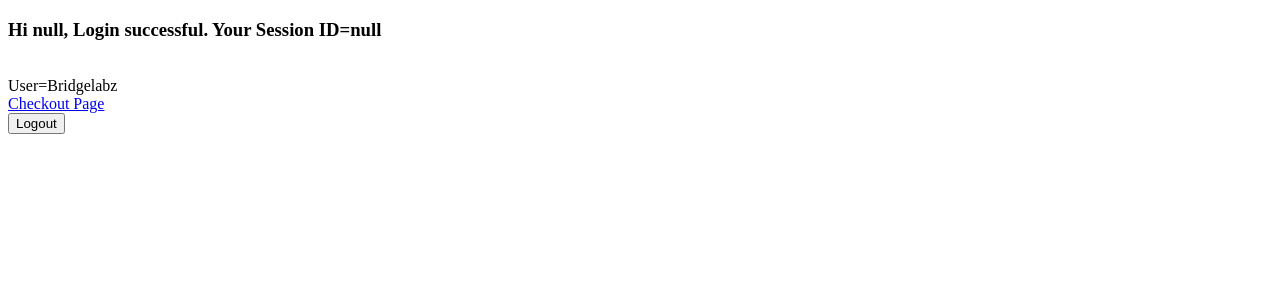
Repository: Ashwini-Tikotekar/servlets
Page: http://localhost/LoginRegistrationApp/LoginSuccess.jsp
The author's editor kept a copy of each file at every save. The page is drawn from the files as they stood at one save, then again after the next save.
The browser window is 1280 px wide. The pictures show the whole page.
The page is served by Tomcat 9. The session is filled in as if someone had signed in: {"user": "Bridgelabz"}. Other server files are loaded and not shown.

Above is the page before, as saved 2019-01-29 06:36:03.

### LoginRegistrationApp/WebContent/LoginSuccess.jsp
<%@ page language="java" contentType="text/html; charset=UTF-8"
	pageEncoding="UTF-8"%>
<!DOCTYPE html>
<html>
<head>
<meta charset="UTF-8">
<title>Insert title here</title>
</head>
<body>
	<%
		// allow access only if session exists
		String user = null;
		if (session.getAttribute("user") == null) {
			response.sendRedirect("login.html");
		}

		else
			user = (String) session.getAttribute("user");
		String userName = null;
		String sessionID = null;
		Cookie[] cookies = request.getCookies();
		if (cookies != null) {
			for (Cookie cookie : cookies) {
				if (cookie.getName().equals("username"))
					userName = cookie.getValue();
				if (cookie.getName().equals("SESSIONID"))
					sessionID = cookie.getValue();
			}
		}
	%>
	<h3>
		Hi
		<%=userName%>, Login successful. Your Session ID=<%=sessionID%></h3>
	<br> User=<%=user%>
	<br>
	<a href="CheckoutPage.jsp">Checkout Page</a>
	<form action="LogoutServlet" method="post">
		<input type="submit" value="Logout">
	</form>


</body>
</html>

After the next save:
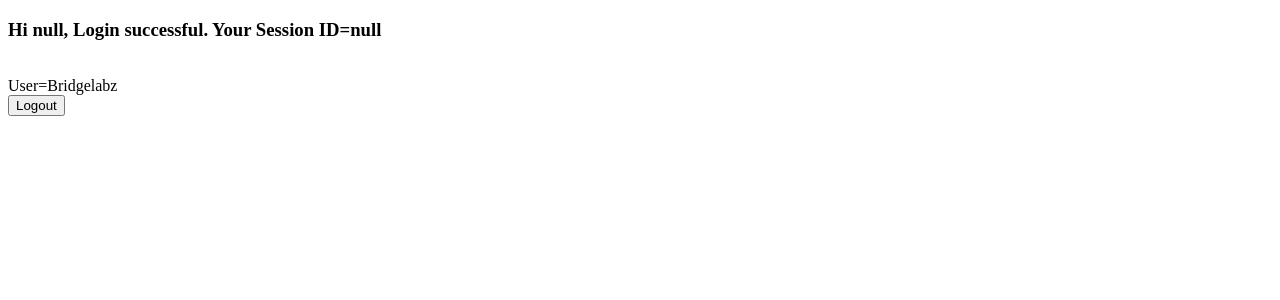
Saved 12 s later.
--- a/LoginRegistrationApp/WebContent/LoginSuccess.jsp
+++ b/LoginRegistrationApp/WebContent/LoginSuccess.jsp
@@ -33,7 +33,7 @@
 		<%=userName%>, Login successful. Your Session ID=<%=sessionID%></h3>
 	<br> User=<%=user%>
 	<br>
-	<a href="CheckoutPage.jsp">Checkout Page</a>
+
 	<form action="LogoutServlet" method="post">
 		<input type="submit" value="Logout">
 	</form>
